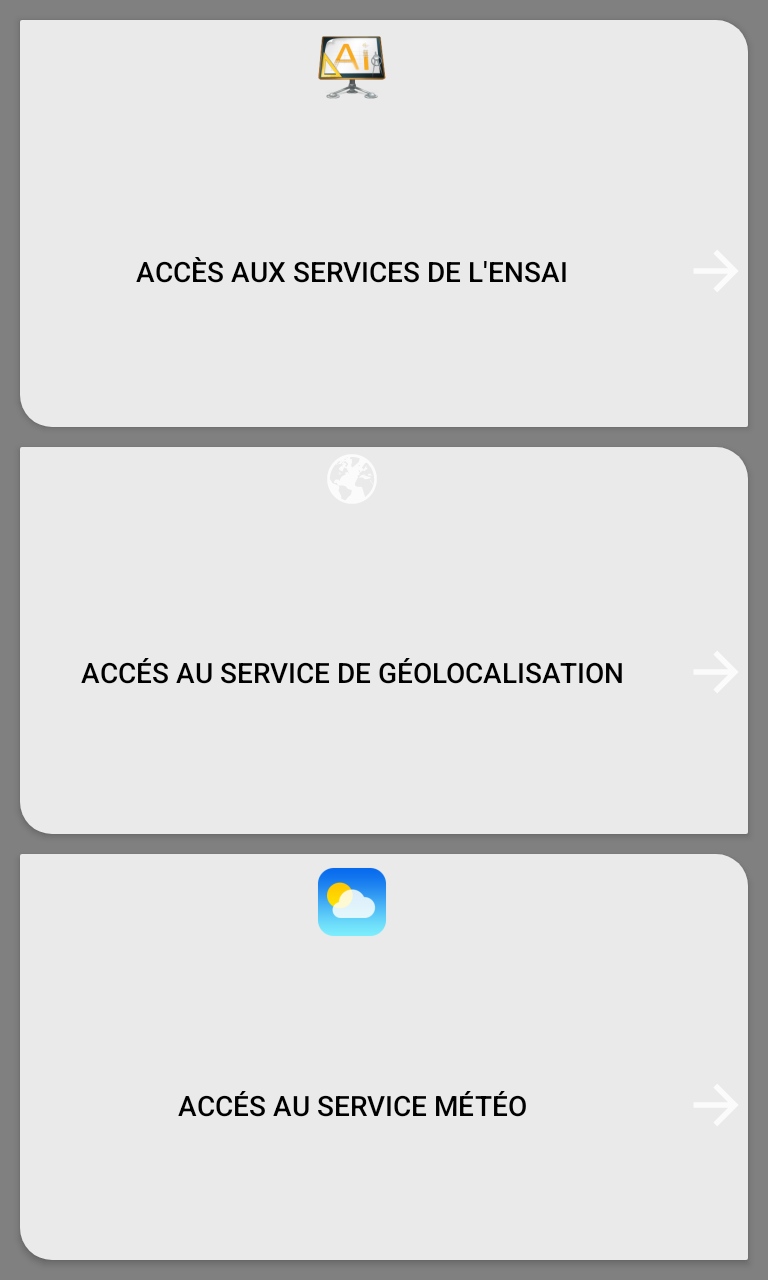
Repository: cpluuuusplus/WhoWantsKitKat
Layout: AppliPlus/res/layout/activity_menu_principal.xml
These files come from the project's save history. The layout is drawn as it stood at one moment and after the next save; the edit follows.
It is drawn on a 768 x 1280 px phone screen (xhdpi) without system bars, with theme Theme.AppCompat.Light; the app's code is not run.

Above is the layout before, as saved 2014-05-12 15:43:55.

### AppliPlus/res/layout/activity_menu_principal.xml
<?xml version="1.0" encoding="utf-8"?>
<LinearLayout xmlns:android="http://schemas.android.com/apk/res/android"
    android:layout_width="match_parent"
    android:layout_height="match_parent"
    android:background="@color/gray"
    android:orientation="vertical" >

    <Button
        android:id="@+id/main_act1"
        android:layout_width="match_parent"
        android:layout_height="fill_parent"
        android:layout_marginLeft="10dp"
        android:layout_marginRight="10dp"
        android:layout_marginTop="10dp"
        android:layout_weight="1"
        android:background="@drawable/button_shape"
        android:drawableRight="@drawable/ic_action_forward"
        android:drawableTop="@drawable/shcool"
        android:onClick="pamplemousse"
        android:text="@string/school"
        android:textColor="@color/black_color" />

    <Button
        android:id="@+id/main_act2"
        android:layout_width="match_parent"
        android:layout_height="fill_parent"
        android:layout_margin="10dp"
        android:layout_weight="1"
        android:background="@drawable/button_shape"
        android:drawableRight="@drawable/ic_action_forward"
        android:drawableTop="@drawable/ic_action_web_site"
        android:onClick="geolocalisation"
        android:text="@string/geo"
        android:textColor="@color/black_color" />

    <Button
        android:id="@+id/main_act3"
        android:layout_width="match_parent"
        android:layout_height="fill_parent"
        android:layout_marginBottom="10dp"
        android:layout_marginLeft="10dp"
        android:layout_marginRight="10dp"
        android:layout_weight="1"
        android:background="@drawable/button_shape"
        android:drawableRight="@drawable/ic_action_forward"
        android:drawableTop="@drawable/weather"
        android:onClick="meteo"
        android:text="@string/meteo"
        android:textColor="@color/black_color" />

</LinearLayout>

### AppliPlus/res/values/colors.xml
<?xml version="1.0" encoding="utf-8"?>
<resources>

    <color name="black_color">#000</color>
    <color name="white">#FFFFFF</color>
    <color name="yellow">#FFFF00</color>
    <color name="fuchsia">#FF00FF</color>
    <color name="red">#FF0000</color>
    <color name="silver">#C0C0C0</color>
    <color name="gray">#808080</color>
    <color name="olive">#808000</color>
    <color name="purple">#800080</color>
    <color name="maroon">#800000</color>
    <color name="aqua">#00FFFF</color>
    <color name="lime">#00FF00</color>
    <color name="teal">#008080</color>
    <color name="green">#008000</color>
    <color name="blue">#0000FF</color>
    <color name="navy">#000080</color>

</resources>

### AppliPlus/res/drawable-hdpi/button_shape.xml
<?xml version="1.0" encoding="utf-8"?>
<shape xmlns:android="http://schemas.android.com/apk/res/android"
    android:shape="rectangle" >

    <solid android:color="#EAEAEA" />

    <corners
        android:bottomLeftRadius="16dip"
        android:bottomRightRadius="1dip"
        android:topLeftRadius="1dip"
        android:topRightRadius="16dip" />

</shape>

### AppliPlus/res/values/strings.xml
<?xml version="1.0" encoding="utf-8"?>
<resources>

    <string name="app_name">Qui veut manger un KitKat ?</string>
    <string name="hello_world">Hello world!</string>
    <string name="nb_cours">%1$d cours viennent d\'être mis à jours</string>
    <string name="direct">Accès direct à pamplemousse viewer</string>
    <string name="refresh">Refresh</string>
    <string name="action_search">search</string>
    <string name="find_city">Rechercher une ville</string>

    <!-- Nom des menus ! -->

    <string name="home">Qui veut un KitKat ?</string>
    <string name="pamp_viewer">Accès à Pamplemousse</string>
    <string name="agenda_null">Première connection ? Renseignez vos identifiants, et synchroniser</string>
    <string name="url_error">Impossible de se connecter au serveur, veuillez vérifier vos identifiants et votre connection à internet</string>
    <string name="school">Accès aux services de l\'Ensai</string>
    <string name="connection">Accès à Pamplemousse</string>
    <string name="remote">Accès à Pamplemousse en ligne</string>
    <string name="pampl_desc">Emploi du temps, mails,...</string>
    <string name="geo">Accés au service de Géolocalisation</string>
    <string name="geo_desc">Géolocalisation</string>
    <string name="meteo">Accés au service Météo</string>
    <string name="meteo_desc">À</string>
    <string name="meteo_tc">Températures</string>
    <string name="meteo_wind">Vent</string>
    <string name="meteo_rain">Pluie</string>
    <string name="meteo_clouds">Nuages</string>
    <string name="valider_localite">Valider</string>
    <string name="desc_country">Pays</string>
    <string name="desc_sunrise">Levé du soleil</string>
    <string name="desc_sunset">Couché du soleil</string>
    <string name="desc_pressure">Pression</string>

    <!-- Cas non défini -->

    <string name="to_be_defined">En attente</string>

    <!-- Test login -->

    <string name="menu_settings">Settings</string>
    <string name="title_activity_main">MainActivity</string>
    <string name="image_content_description">Un Android avec un chien</string>
    <string name="login">S\'identifier</string>
    <string name="email">Id utilisateur</string>
    <string name="password">Mot de passe</string>
    <string name="connect">Se connecter</string>
    <string name="get_localite">Récupérer ma localisation actuelle</string>
    <string name="saisir_localite">Saisir une ville ici</string>
    <string name="desc_saisie_localite">Vous pouvez saisir une localité</string>
    <string name="temp">Ce champ doit etre rempli</string>
    <string name="geoloc_osm">Géolocationsation par OSM/OCM</string>

</resources>

After the next save:
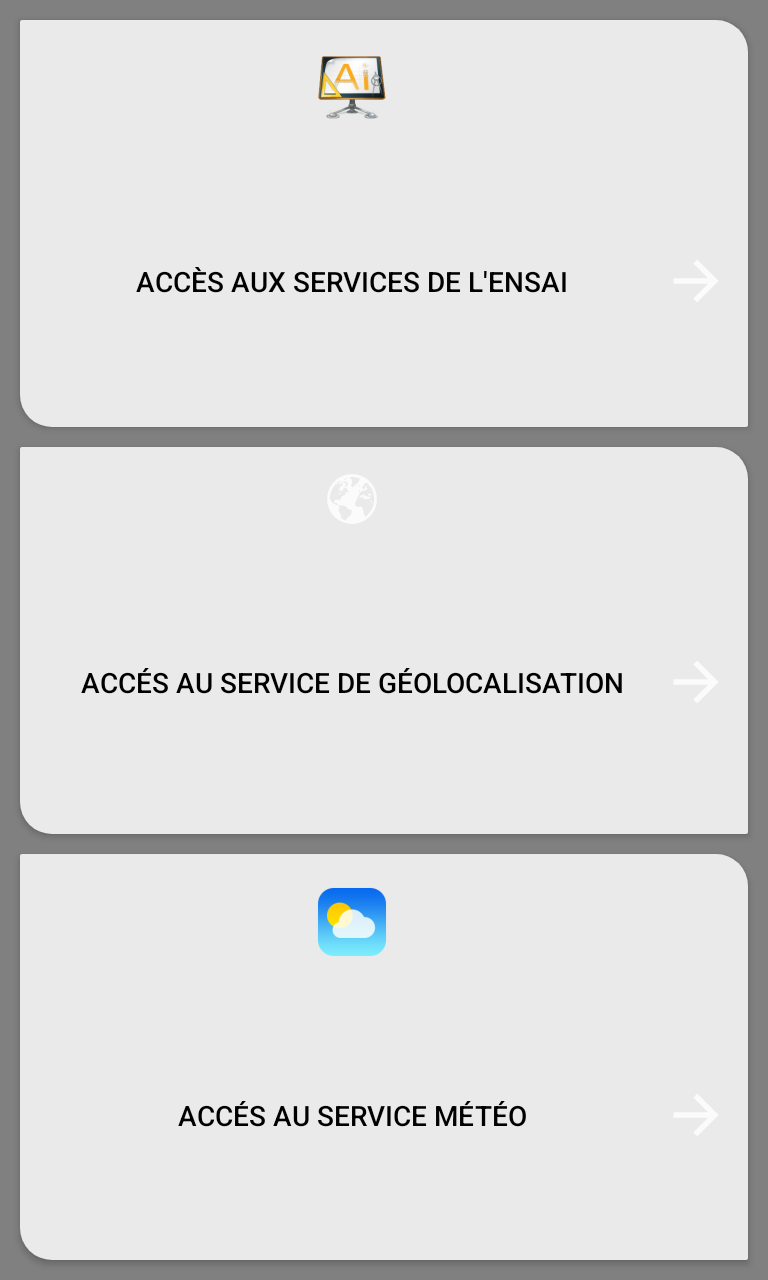
Saved 40 s later.
--- a/AppliPlus/res/drawable-hdpi/button_shape.xml
+++ b/AppliPlus/res/drawable-hdpi/button_shape.xml
@@ -9,5 +9,9 @@
         android:bottomRightRadius="1dip"
         android:topLeftRadius="1dip"
         android:topRightRadius="16dip" />
+    <padding
+        android:left="10dp"
+        android:top="10dp"
+        android:right="10dp"/>
 
 </shape>
